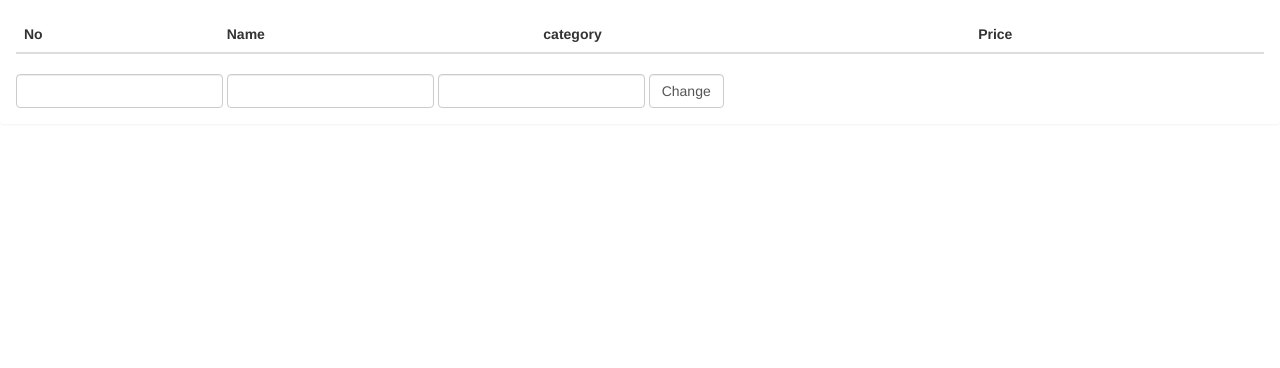
Repository: chisun-joung/workplace
Page: angularJS/WebContent/Chap17_CustomDirective/P517_Compile.html
An editor plug-in stored every save of this project. The page is shown before and after the next save, followed by the edit.
The browser window is 1280 px wide. The pictures show the whole page.
Some web libraries are served in a nearby version.

Above is the page before, as saved 2016-12-01 04:59:56.

### angularJS/WebContent/Chap17_CustomDirective/P517_Compile.html
<!DOCTYPE html>
<html ng-app="exampleApp">
<head>
	<title>Compile Function</title>
	<script src="https://ajax.googleapis.com/ajax/libs/angularjs/1.2.9/angular.js"></script>
	<link href="bootstrap.css" rel="stylesheet" />
	<link href="bootstrap-theme.css" rel="stylesheet" />
	<script type="text/javascript">
		angular.module("exampleApp", [])
			.controller("defaultCtrl", function ($scope) {
				$scope.products = [
					{ name: "Apples", category: "Fruit", price: 1.20 },
					{ name: "Bananas", category: "Fruit", price: 2.4 },
					{ name: "Pears", category: "Fruit", price: 2.02},

					{ name: "Tuna", category: "Fish", price: 20.45 },
					{ name: "Salmon", category: "Fish", price: 17.93 },
					{ name: "Trout", category: "Fish", price: 12.93},
				];

				$scope.addProduct = function(product){
					$scope.products.push(product);
				}

			})
			.directive("simpleRepeater", function () {
				return {
					restrict: 'AE',
					scope: {
						products: "="
					},
					transclude: 'element',
					compile: function(element, attrs, transFn){

						return function(scope, element, attrs, ctrl) {

							for(var i = 0; i < scope.products.length; i++){
								console.log('aa')
							}

						}
					}

				}
			});
	</script>
</head>
<body ng-controller="defaultCtrl" class="panel panel-body" >

	<div class="panel-default">
		<table class="table table-striped">
			<thead>
				<tr>
					<th>No</th>
					<th>Name</th>
					<th>category</th>
					<th>Price</th>
				</tr>
			</thead>
			<tbody>
				<tr simple-repeater products="products">
					<td>{{$index}}</td>
					<td>{{item.name}}</td>
					<td>{{item.category}}</td>
					<td>{{item.price | currency}}</td>
				</tr>
			</tbody>
		</table>
	</div>


	<div class="form-inline panel-default">
		<div class="form-group">
			<input type="text" class="form-control" ng-model="product.name">
		</div>
		<div class="form-group">
			<input type="text" class="form-control" ng-model="product.category">
		</div>
		<div class="form-group">
			<input type="text" class="form-control" ng-model="product.price">
		</div>
		<div class="form-group">
			<button id="btn" class="form-control" ng-click="addProduct(product)">Change</button>
		</div>
	</div>
</body>
</html>

Loaded but not shown: angularJS/WebContent/Chap17_CustomDirective/bootstrap.css (library); angularJS/WebContent/Chap17_CustomDirective/bootstrap-theme.css (library)

After the next save:
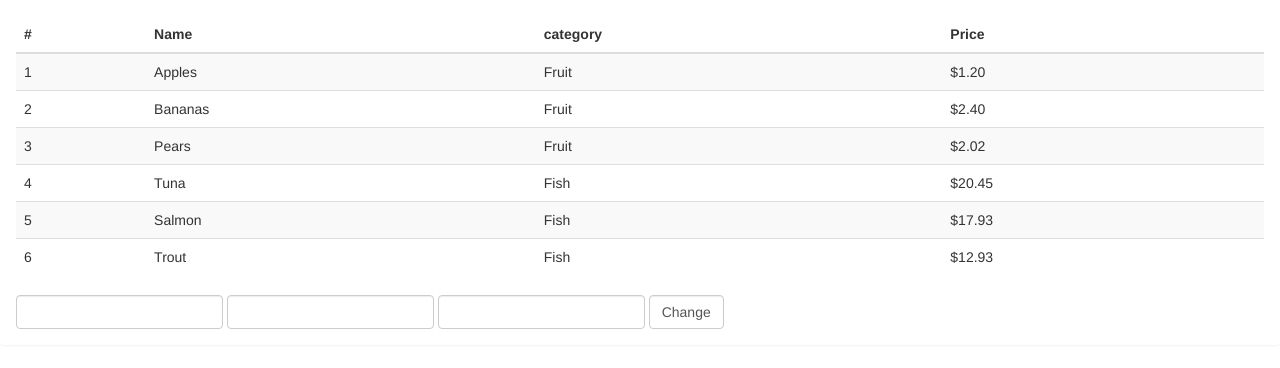
Saved 11 s later.
--- a/angularJS/WebContent/Chap17_CustomDirective/P517_Compile.html
+++ b/angularJS/WebContent/Chap17_CustomDirective/P517_Compile.html
@@ -23,24 +23,39 @@
 				}
 
 			})
+
 			.directive("simpleRepeater", function () {
 				return {
 					restrict: 'AE',
 					scope: {
-						products: "="
+						products: '='
 					},
+					//element로 지정하면 완성된 DOM 구조를 추후에 추가하는 것이 아니라
+					// 아직 컴파일 되기 전의 요소 형태로 사용한다는 의미.
+					// compile과 link 함수를 이용해서 내부에 적절한 요소를 작성하고
+					// 스코프 변수, 함수 이벤트를 등록하여 완전한 요소로 만들어야 함.
 					transclude: 'element',
-					compile: function(element, attrs, transFn){
+					compile: function(element,attrs,transFn){
+						// 요소 추가나 속성 변경 작업을 한다.
+						var td = angular.element('<td>');
 
-						return function(scope, element, attrs, ctrl) {
+						return function(scope,element,attrs,ctrl){
 
 							for(var i = 0; i < scope.products.length; i++){
-								console.log('aa')
+								// 내부에서 사용할 자식 스코프를 생성
+								var childScope = scope.$new();
+								childScope.item = scope.products[i];
+								childScope.$index = i + 1;
+
+								// clone이 지시자 내부 요소의 값을 가지고 있음
+								transFn(childScope, function(clone){
+									console.log(clone)
+									element.parent().append(clone)
+								})
 							}
 
 						}
 					}
-
 				}
 			});
 	</script>
@@ -51,13 +66,14 @@
 		<table class="table table-striped">
 			<thead>
 				<tr>
-					<th>No</th>
+					<th>#</th>
 					<th>Name</th>
 					<th>category</th>
 					<th>Price</th>
 				</tr>
 			</thead>
 			<tbody>
+
 				<tr simple-repeater products="products">
 					<td>{{$index}}</td>
 					<td>{{item.name}}</td>
